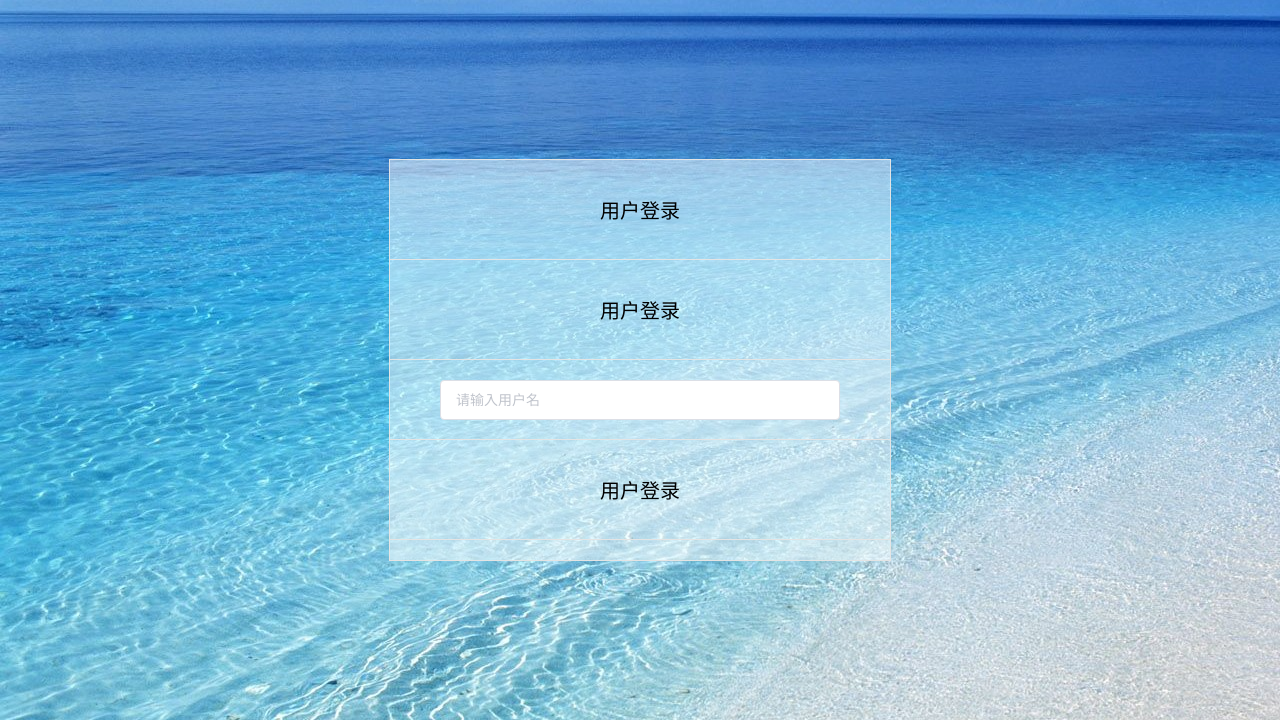
Repository: jinggegeZ/livechat
Page: /login
These files come from the project's save history. The page is drawn as it stood at one moment and after the next save; the edit follows.
The browser window is 1280 px wide. The pictures show the whole page.
The project was rebuilt for these pictures with package versions that can differ from the ones it lists, and the page was loaded fresh each time. Also part of the build but not shown: src/views/Home.vue.

Above is the page before, as saved 2020-08-17 15:13:50.

After the next save:
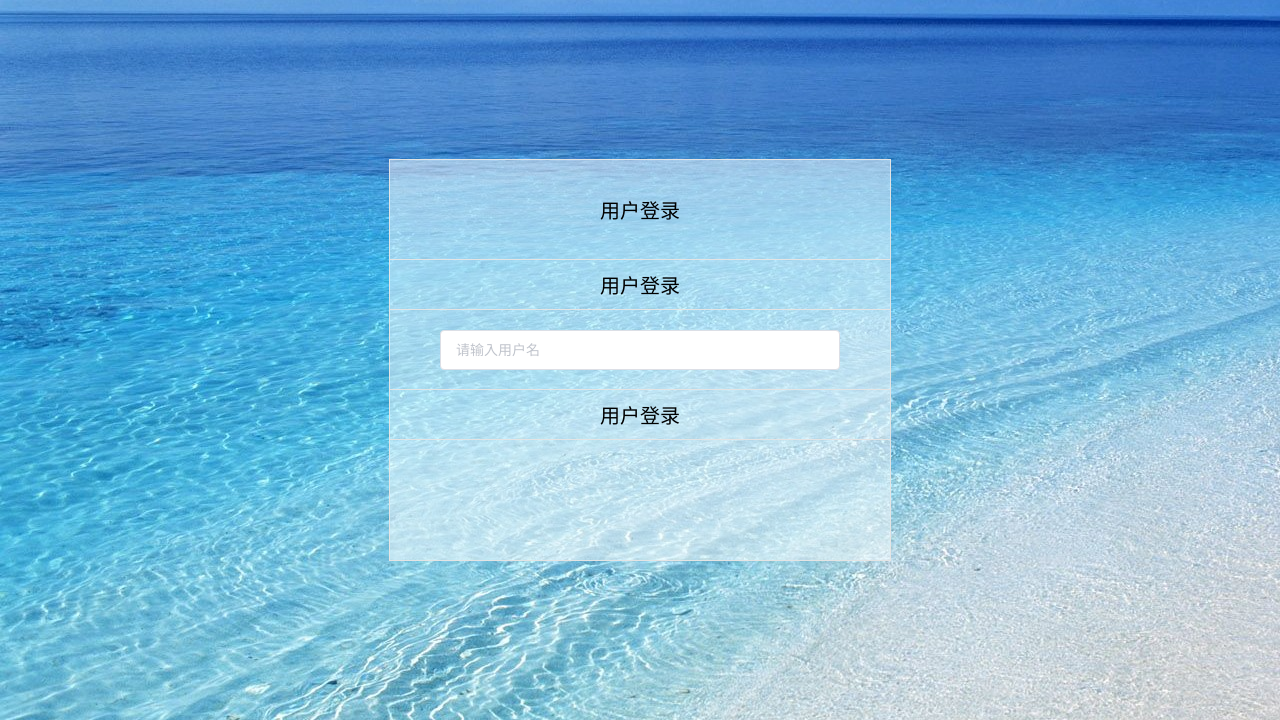
Saved 24 s later.
--- a/src/views/login.vue
+++ b/src/views/login.vue
@@ -70,7 +70,7 @@ export default {
 }
 .username1 {
   width: 100%;
-  height: 99px;
+  height: 49px;
   display: flex;
   justify-content: center;
   align-items: center;
